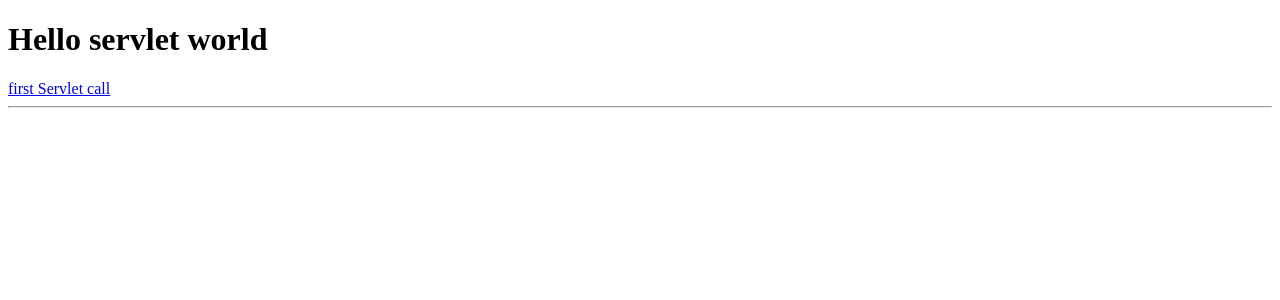
Repository: pcc767/khSchool
Page: dev-source_Servlet/01_ServletBasic/src/main/webapp/index.html
These files come from the project's save history. The page is drawn as it stood at one moment and after the next save; the edit follows.
The browser window is 1280 px wide. The pictures show the whole page.

Above is the page before, as saved 2022-07-11 10:00:43.

### dev-source_Servlet/01_ServletBasic/src/main/webapp/index.html
<!DOCTYPE html>
<html>
<head>
<meta charset="UTF-8">
<title>Insert title here</title>
</head>
<body>
	<h1>Hello servlet world</h1>

	<a href="first.do">first Servlet call</a>
	<hr><br>
</body>
</html>

After the next save:
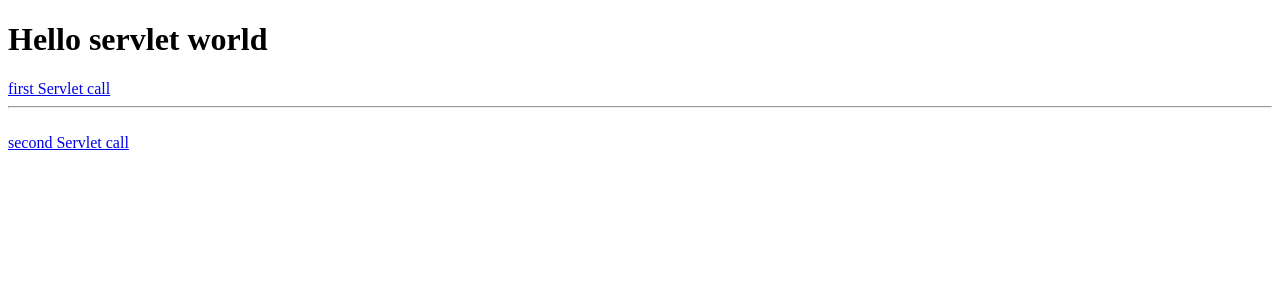
Saved 22 min 18 s later.
--- a/dev-source_Servlet/01_ServletBasic/src/main/webapp/index.html
+++ b/dev-source_Servlet/01_ServletBasic/src/main/webapp/index.html
@@ -9,5 +9,6 @@
 
 	<a href="first.do">first Servlet call</a>
 	<hr><br>
+	<a href="second.do">second Servlet call</a>
 </body>
 </html>
